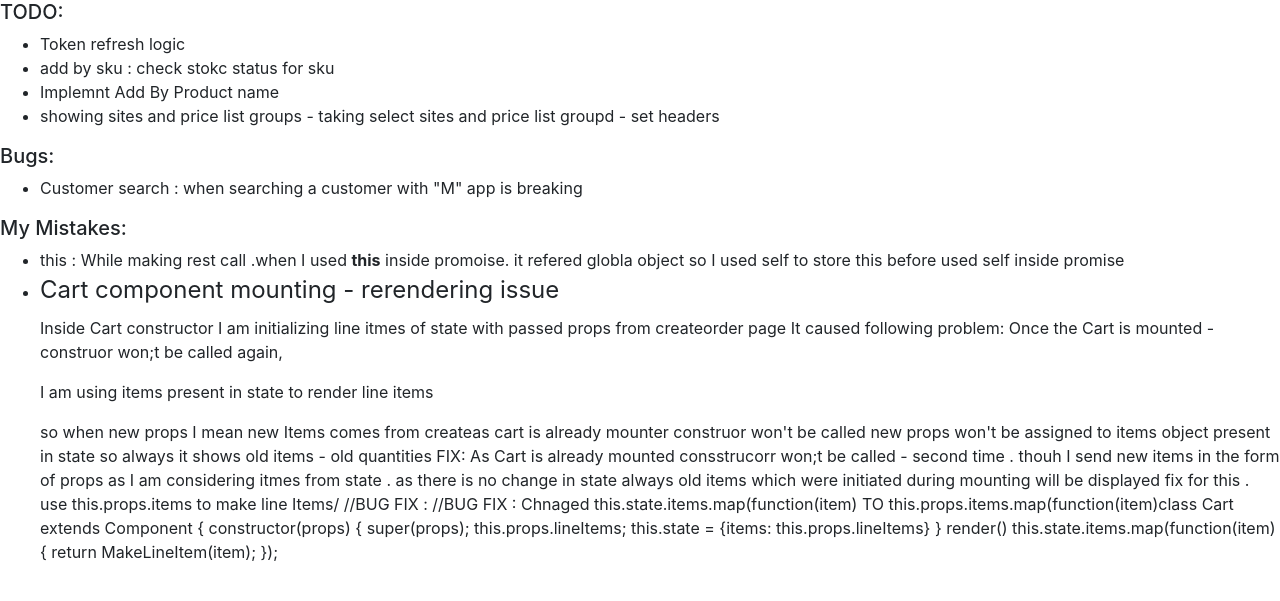
Repository: testtiger/reactagent
Page: /todo
An editor plug-in stored every save of this project. The page is shown before and after a run of saves, followed by the edit.
The browser window is 1280 px wide. The pictures show the whole page.
The project was rebuilt for these pictures with package versions that can differ from the ones it lists, and the page was loaded fresh each time. Also part of the build but not shown: src/components/Agent/Rest/agent-rest-client.js, src/components/Agent/Dashboard/quicklinks.jsx, src/components/Agent/Dashboard/announcements.jsx, src/components/Agent/Dashboard/recentorders.jsx, src/components/Agent/Dashboard/pendingactions.jsx, src/components/Agent/Dashboard/DashboardPage.jsx, src/components/Agent/Shared/Navigation.jsx, src/components/Agent/Login/loginpage.jsx and 12 more.

Above is the page before, as saved 2018-12-15 16:46:17.

### src/index.js
//start it with npm start
//create-react-app MyApp

import React from "react";
import ReactDOM from "react-dom";
import "bootstrap/dist/css/bootstrap.css";
import LoginPage from "./components/Agent/Login/loginpage";
import App from "./components/Agent/App/App";
import CreateOrderPage from "./components/Agent/CreateOrder/CreateOrderPage";
import CustomerSearchPage from "./components/Agent/CustomerSearch/CustomerSearchPage";
import AddressFields from "./components/Agent/CreateOrder/AddressFields";
ReactDOM.render(<App/>, document.getElementById("root"));
//ReactDOM.render(<AddressFields />, document.getElementById("root"));

### src/components/Agent/App/App.jsx
import React, { Component } from "react";
import LoginPage from "../Login/loginpage";
import Routes from "../Router/route";
import SearchCriteria from "../CustomerSearch/SearchCriteria";
import Register from "../CustomerSearch/Registration";

export default class App extends Component {
  render() {
    return <Routes />;
    //return <LoginPage />;
  }
}

/***
 * TODO : token expiry logic
 *
 *
 */

### src/components/Agent/Router/route.js
import React from "react";
import { BrowserRouter, Route, Switch } from "react-router-dom";
import LoginPage from "../Login/loginpage";
import DashboardPage from "../Dashboard/DashboardPage";
import CustomerSearchPage from "../CustomerSearch/CustomerSearchPage";
import Registration from "../CustomerSearch/Registration";
import CustomerProfilePage from "../CustomerProfile/CustomerProfilePage.jsx";
import Navigation from "../Shared/Navigation";
import CreateOrderPage from "../CreateOrder/CreateOrderPage";
import TODO from "../BugsTODO/TODO";


var Routes = function() {
  return <BrowserRouter>
      <div>
        <Navigation />
        <Switch>
          <Route exact path="/" component={LoginPage} />
          <Route path="/welcome" component={DashboardPage} />
          <Route exact path="/customers" component={CustomerSearchPage} />
          <Route exact path="/customers/registration" component={Registration} />
          <Route exact path="/customers/profiles/:id" component={CustomerProfilePage} />
          <Route exact path="/createOrder/:profileId" component={CreateOrderPage} />
          <Route exact path="/todo" component={TODO} />
          <Route path="*" component={LoginPage} />
        </Switch>
      </div>
    </BrowserRouter>;
};

export default Routes;

### src/components/Agent/BugsTODO/TODO.jsx
import React, { Component } from "react";

export default class TODO extends Component {
  render() {
    return (
      <div>
        <h5>TODO:</h5>
        <ul>
          <li> Token refresh logic</li>
          <li> add by sku : check stokc status for sku</li>
          <li> Implemnt Add By Product name</li>
          <li>
            {" "}
            showing sites and price list groups - taking select sites and price
            list groupd - set headers
          </li>
        </ul>
        <h5>Bugs:</h5>
        <ul>
          <li>
            Customer search : when searching a customer with "M" app is breaking
          </li>
        </ul>
        <h5>My Mistakes:</h5>
        <ul>
          <li>
            this : While making rest call .when I used <strong>this</strong>{" "}
            inside promoise. it refered globla object so I used self to store
            this before used self inside promise
          </li>
          <li>
            <legend>Cart component mounting - rerendering issue</legend>
            <span>
              <p>
                Inside Cart constructor I am initializing line itmes of state with passed props from createorder page
                It caused following problem: Once the Cart is mounted - construor won;t be
                called again,
              </p>
              <p>I am using items present in state to render line items</p> so
              when new props I mean new Items comes from createas cart is already mounter
              construor won't be called new props won't be assigned to items
              object present in state so always it shows old items - old
              quantities FIX: As Cart is already mounted consstrucorr won;t be
              called - second time . thouh I send new items in the form of props
              as I am considering itmes from state . as there is no change in
              state always old items which were initiated during mounting will
              be displayed fix for this . use this.props.items to make line
              Items/ //BUG FIX : //BUG FIX : Chnaged
              this.state.items.map(function(item) TO
              this.props.items.map(function(item)
              {
                "class Cart extends Component\
                 { \
                     constructor(props) {\
                          super(props);\
                          this.props.lineItems;\
                           this.state = {items: this.props.lineItems}\
                     }\
                    render() \
                    this.state.items.map(function(item) {\
                    return MakeLineItem(item);\
                    });\
                     "
              }
            </span>
          </li>
        </ul>
      </div>
    );
  }
}

Loaded but not shown: public/index.html (common file)

After the next 5 saves:
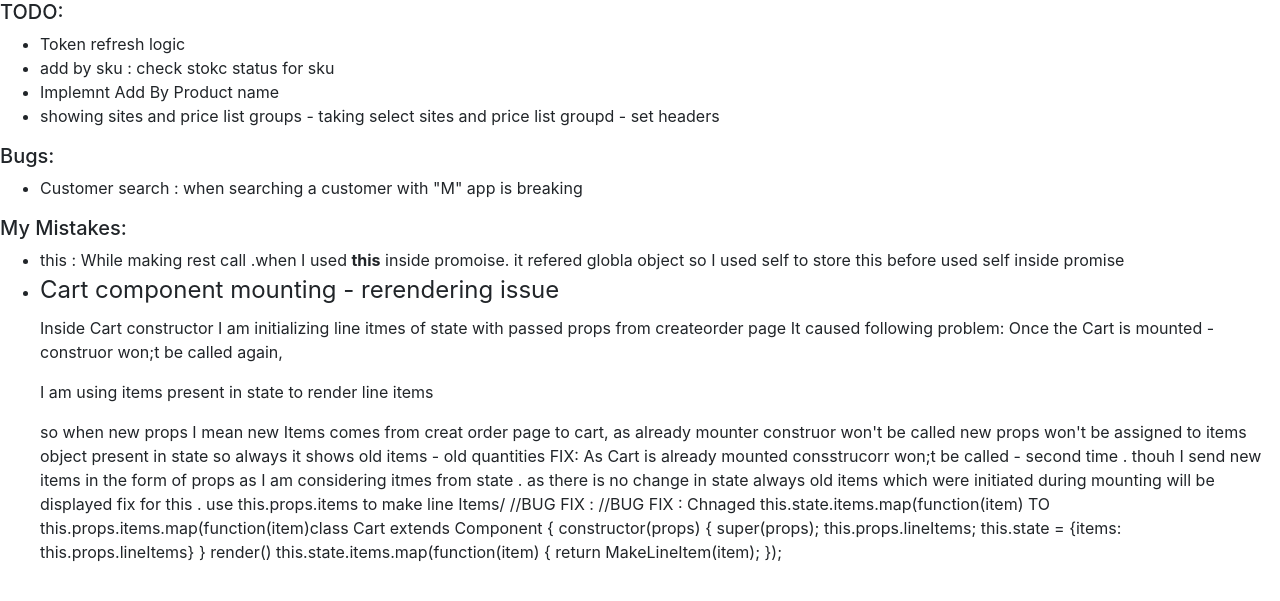
The 5 saves are shown as one change because they came seconds apart.
The last was saved 12 s later.
--- a/src/components/Agent/BugsTODO/TODO.jsx
+++ b/src/components/Agent/BugsTODO/TODO.jsx
@@ -37,7 +37,7 @@ export default class TODO extends Component {
                 called again,
               </p>
               <p>I am using items present in state to render line items</p> so
-              when new props I mean new Items comes from createas cart is already mounter
+              when new props I mean new Items comes from creat order page to cart, as already mounter
               construor won't be called new props won't be assigned to items
               object present in state so always it shows old items - old
               quantities FIX: As Cart is already mounted consstrucorr won;t be
